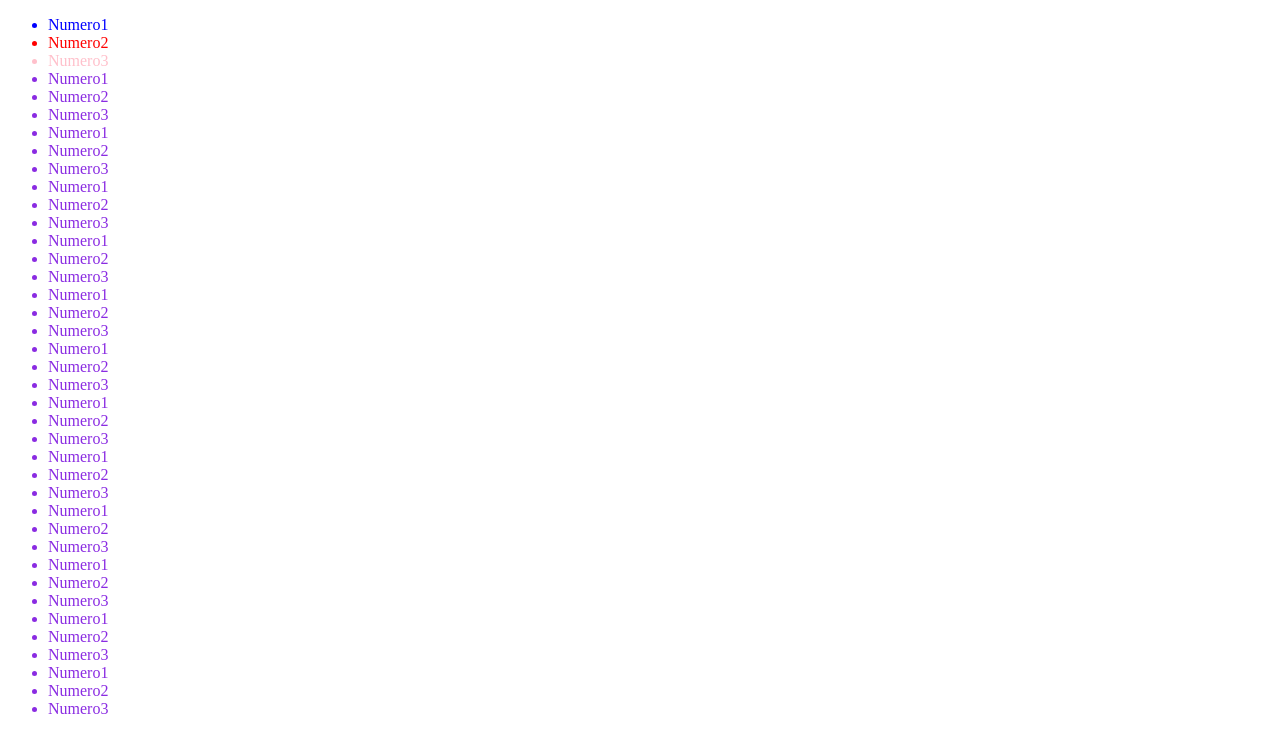
Repository: elbrodelche/ada-portfolio
Page: img/index.html
An editor plug-in stored every save of this project. The page is shown before and after the next save, followed by the edit.
The browser window is 1280 px wide. The pictures show the whole page.

Above is the page before, as saved 2021-01-23 19:05:55.

After the next save:
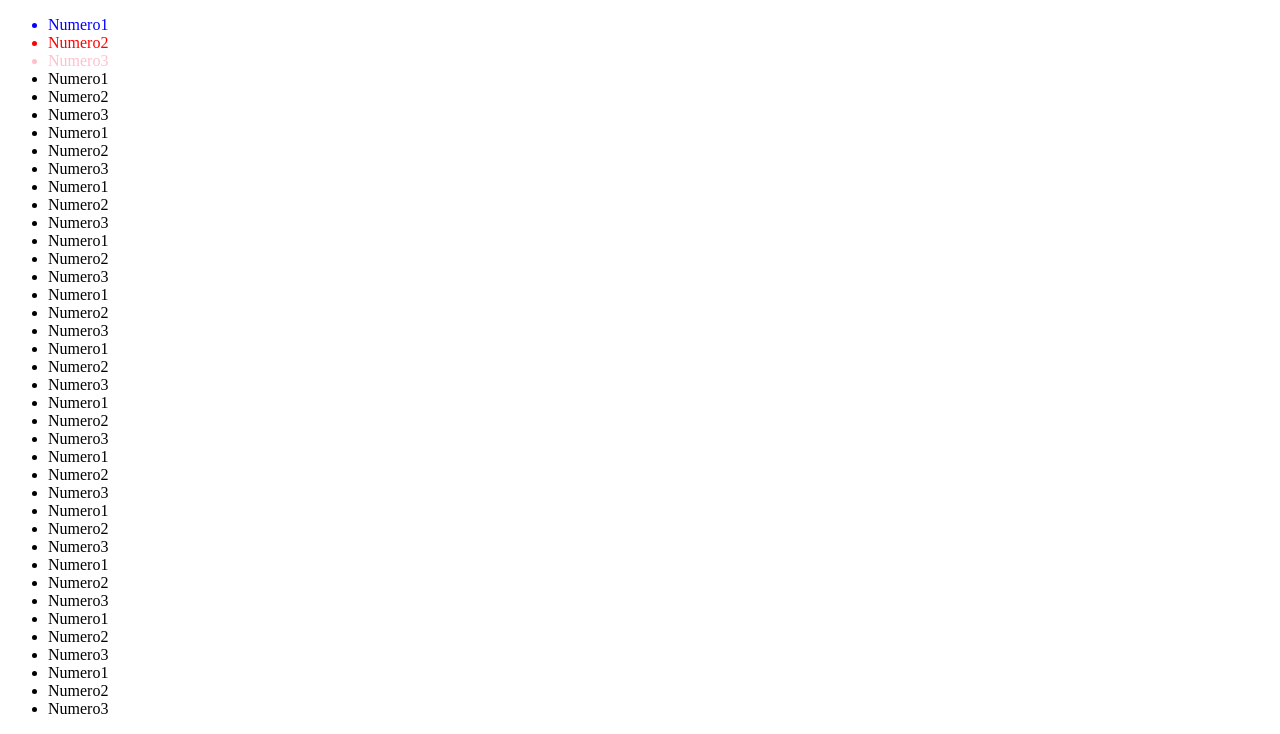
Saved 6 s later.
--- a/img/index.html
+++ b/img/index.html
@@ -10,11 +10,6 @@
         }
         .clara{
             color: pink;
-        }
-
-
-        .violeta{
-            color:blueviolet
         }
 
         .erika{
